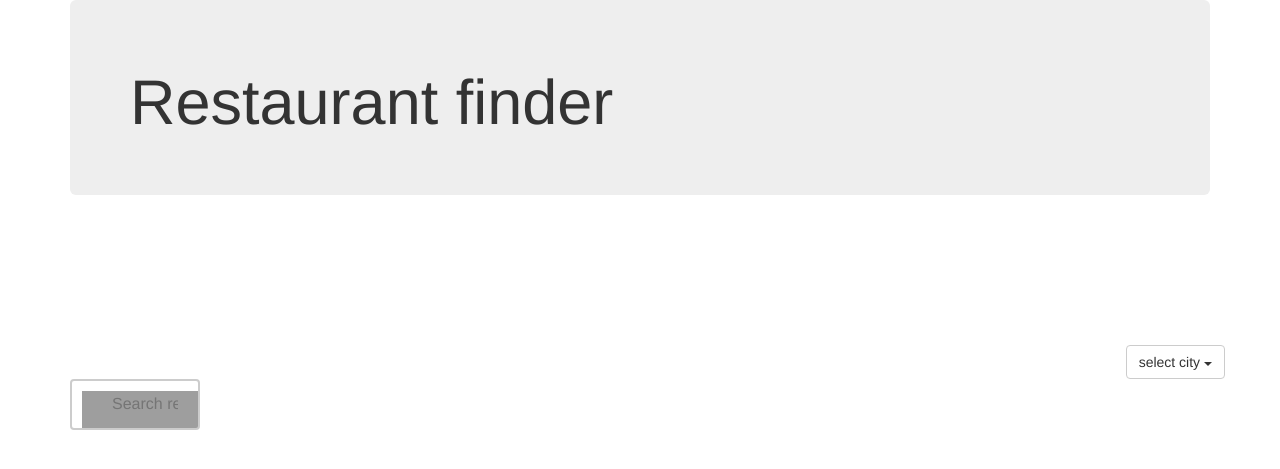
Repository: ganz-95/Denuvo-final
Page: http://localhost/restaurant/
The author's editor kept a copy of each file at every save. The page is drawn from the files as they stood at one save, then again after the next save.
The browser window is 1280 px wide. The pictures show the whole page.
Pictures or frames that could not be fetched are drawn as grey boxes. Some web libraries are served in a nearby version. The page is served by Tomcat 9.

Above is the page before, as saved 2017-01-23 15:49:11.

### workspace/restaurant/src/main/webapp/index.jsp
<!DOCTYPE html>
<html>
<head>
  <meta name="viewport" content="width=device-width, initial-scale=1">
  <link rel="stylesheet" href="https://maxcdn.bootstrapcdn.com/bootstrap/3.3.7/css/bootstrap.min.css">
  <script src="https://ajax.googleapis.com/ajax/libs/jquery/3.1.1/jquery.min.js"></script>
  <script src="https://maxcdn.bootstrapcdn.com/bootstrap/3.3.7/js/bootstrap.min.js"></script>
</head>
<body>
<div class="container" >
  <div class="jumbotron">
    <h1>              Restaurant finder             </h1>
     </div>



<div class="container" >

  <br><br><br><br><br><br>

  <div class="dropdown" style="float:right;">
    <button class="btn btn-default dropdown-toggle" type="button" data-toggle="dropdown">select city
    <span class="caret"></span></button>
    <ul class="dropdown-menu">
      <li class="dropdown-header">Popular</li>
      <li><a href="#">Chennai</a></li>
      <li><a href="#">Mumbai</a></li>
      <li><a href="#">Delhi</a></li>
      <li class="divider"></li>
      <li class="dropdown-header">Others</li>
      <li><a href="#">banglore</a></li>
      <li><a href="#">Hyderabad</a></li>
    </ul>
  </div>
</div>
<style>
input[type=text] {
    width: 130px;
    box-sizing: border-box;
    border: 2px solid #ccc;
    border-radius: 4px;
    font-size: 16px;
    background-color: white;
    background-image: url('searchicon.png');
    background-position: 10px 10px;
    background-repeat: no-repeat;
    padding: 12px 20px 12px 40px;
    -webkit-transition: width 0.4s ease-in-out;
    transition: width 0.4s ease-in-out;
}

input[type=text]:focus {
    width: 80%;
}
</style>
</head>
<body>
<form>
  <input type="text" name="search" placeholder="Search restaurants">
</form>
</body>
</html>

After the next save:
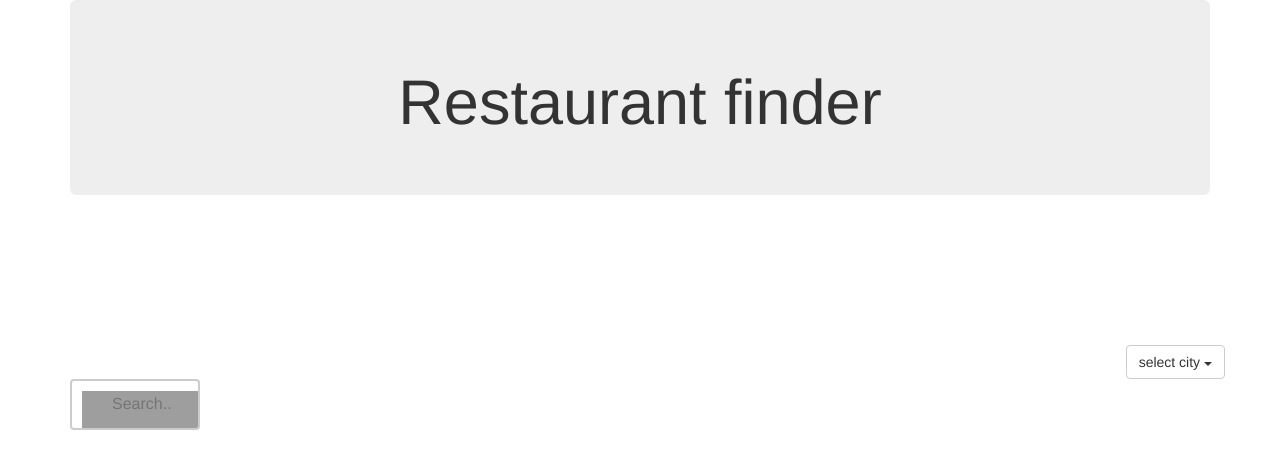
Saved 2 min 33 s later.
--- a/workspace/restaurant/src/main/webapp/index.jsp
+++ b/workspace/restaurant/src/main/webapp/index.jsp
@@ -8,7 +8,7 @@
 </head>
 <body>
 <div class="container" >
-  <div class="jumbotron">
+  <div class="jumbotron" align="center">
     <h1>              Restaurant finder             </h1>
      </div>
 
@@ -56,7 +56,7 @@ input[type=text]:focus {
 </head>
 <body>
 <form>
-  <input type="text" name="search" placeholder="Search restaurants">
+  <input type="text" name="search" placeholder="Search..">
 </form>
 </body>
 </html>
